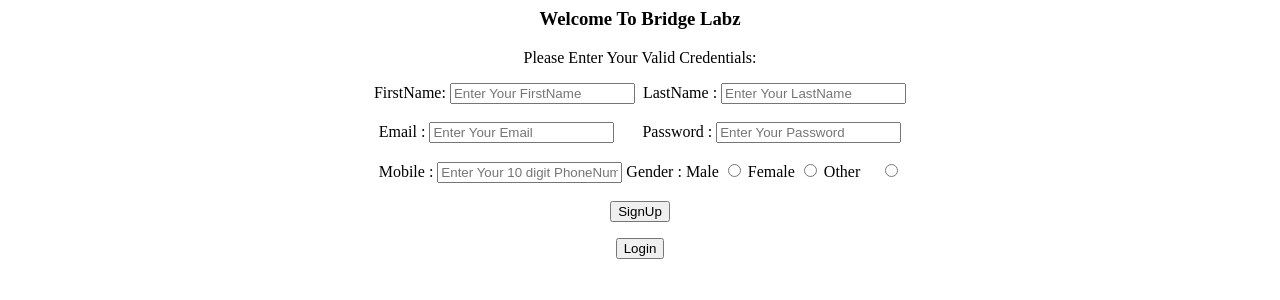
Repository: msibgathulla9980/Servlet
Page: LoginRegistrationApp/WebContent/Registration.html
These files come from the project's save history. The page is drawn as it stood at one moment and after the next save; the edit follows.
The browser window is 1280 px wide. The pictures show the whole page.

Above is the page before, as saved 2019-01-23 05:25:04.

After the next save:
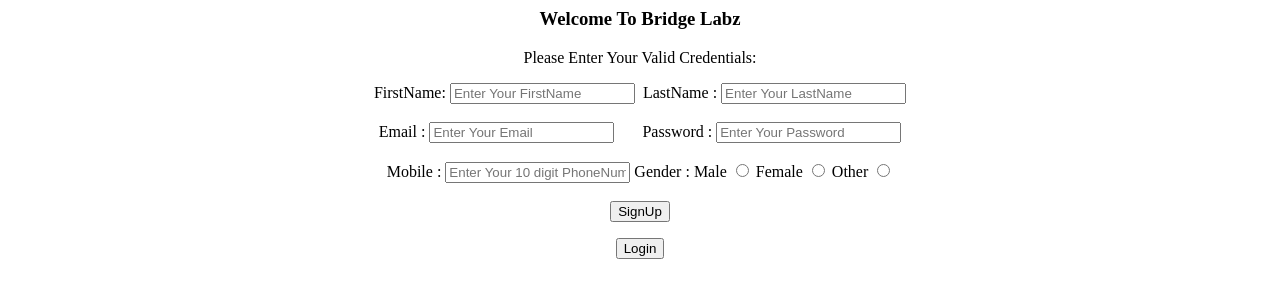
Saved 23 s later.
--- a/LoginRegistrationApp/WebContent/Registration.html
+++ b/LoginRegistrationApp/WebContent/Registration.html
@@ -17,7 +17,7 @@
   <input type="radio" name="gender" id="male" value="male" >
   <label for="female">Female</label>
  <input type="radio" name="gender" id="female" value="female" >
-  <label for="other">Other</label>&nbsp&nbsp&nbsp&nbsp
+  <label for="other">Other</label>
  <input type="radio" name="gender" id="other" value="other" ><br><br>
 </object><input type="submit" value="SignUp"/>
 </form>
